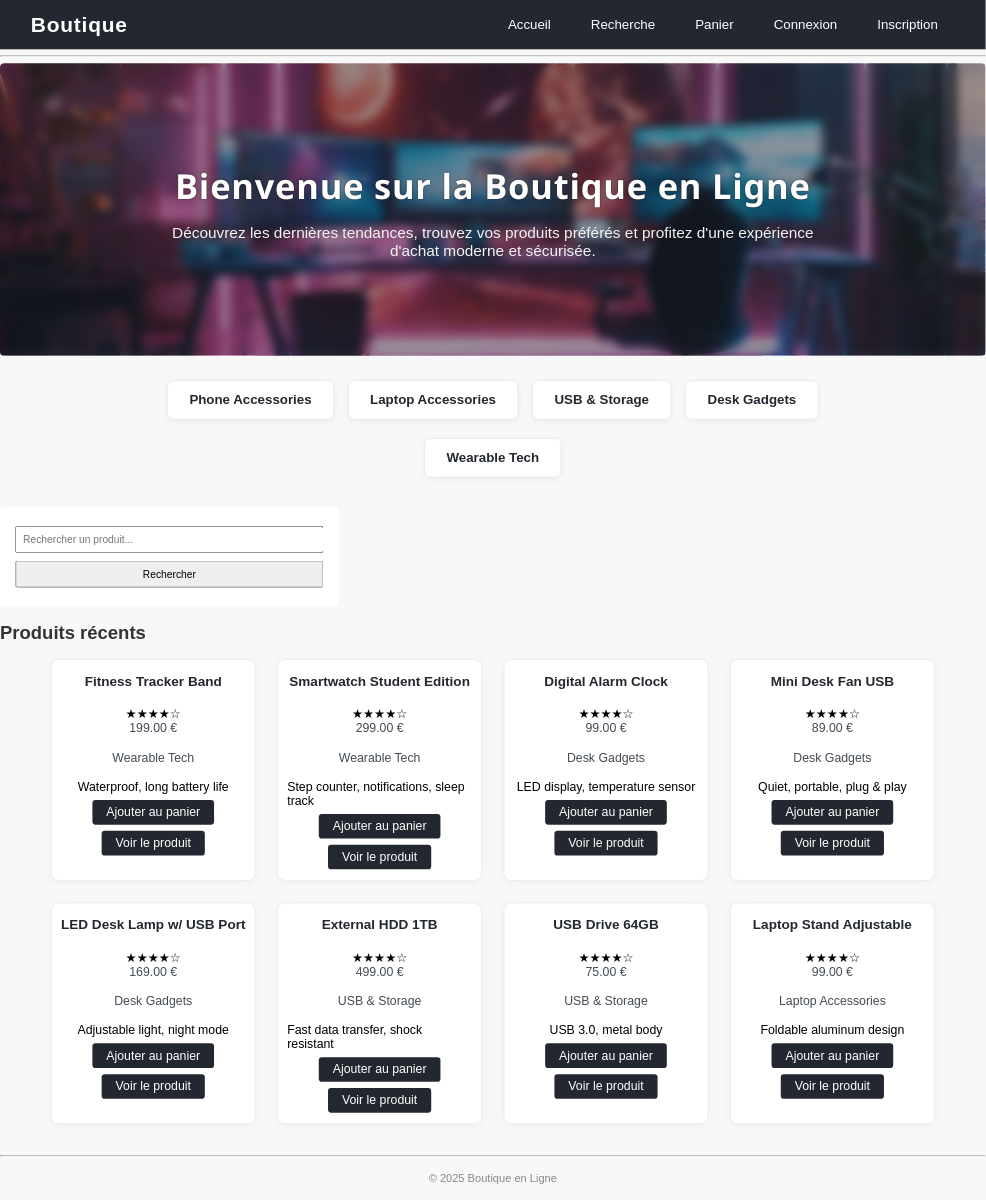
Repository: kiraj-walid/ecomerce
Page: http://localhost/
An editor plug-in stored every save of this project. The page is shown before and after the next save, followed by the edit.
The browser window is 1280 px wide. The pictures show the whole page, at 77% of full size.
The page is run by PHP 8.4 with error messages shown; the project is at /var/www/html/. The database holds what the project's SQL file puts in it. Queries for data that is not in the repository find no rows.

Above is the page before, as saved 2025-05-07 14:49:21.

### index.php
<?php
require_once 'includes/db.php';
require_once 'includes/functions.php';
include 'includes/header.php';

// Récupérer les 8 derniers produits
$products = $pdo->query('SELECT * FROM produits ORDER BY id DESC LIMIT 8')->fetchAll();

// Fetch categories for quick filters
$categories = $pdo->query("SELECT DISTINCT categorie FROM produits WHERE categorie IS NOT NULL AND categorie != ''")->fetchAll(PDO::FETCH_COLUMN);
?>

<div class="hero-section">
    <img src="assets/images/landingpage.webp" alt="Boutique en Ligne" class="hero-bg-img">
    <div class="hero-overlay"></div>
    <div class="hero-content">
        <div class="hero-text">
            <h1>Bienvenue sur la Boutique en Ligne</h1>
            <p>Découvrez les dernières tendances, trouvez vos produits préférés et profitez d'une expérience d'achat moderne et sécurisée.</p>
        </div>
    </div>
</div>

<?php if (!empty($categories)) : ?>
<div class="category-filters">
    <?php foreach ($categories as $cat) : ?>
        <a href="search.php?category=<?= urlencode($cat) ?>" class="category-card"><?= htmlspecialchars($cat) ?></a>
    <?php endforeach; ?>
</div>
<?php endif; ?>

<div class="search-bar">
    <form action="search.php" method="GET">
        <input type="text" name="q" placeholder="Rechercher un produit..." class="search-input">
        <button type="submit" class="search-btn">Rechercher</button>
    </form>
</div>

<h2 class="recent-products-title">Produits récents</h2>

<?php if (count($products) === 0) : ?>
    <p class="no-products">Aucun produit disponible.</p>
<?php else : ?>
    <div class="product-listing">
    <?php foreach ($products as $prod) : ?>
        <div class="product-card">
            <?php
            $stmt_imgs = $pdo->prepare('SELECT image FROM images_produit WHERE produit_id = ?');
            $stmt_imgs->execute([$prod['id']]);
            $images = $stmt_imgs->fetchAll(PDO::FETCH_COLUMN);
            ?>
            <div class="product-gallery">
                <?php if ($images && count($images) > 0): ?>
                    <span onclick="prevImg(<?= $prod['id'] ?>)" class="gallery-arrow gallery-arrow-left">
                        <svg width="24" height="24" viewBox="0 0 24 24"><polyline points="15 18 9 12 15 6" fill="none" stroke="#333" stroke-width="2" stroke-linecap="round" stroke-linejoin="round"/></svg>
                    </span>
                    <img src="assets/images/<?= htmlspecialchars($images[0]) ?>" alt="<?= htmlspecialchars($prod['nom']) ?>" id="main-img-<?= $prod['id'] ?>">
                    <span onclick="nextImg(<?= $prod['id'] ?>)" class="gallery-arrow gallery-arrow-right">
                        <svg width="24" height="24" viewBox="0 0 24 24"><polyline points="9 6 15 12 9 18" fill="none" stroke="#333" stroke-width="2" stroke-linecap="round" stroke-linejoin="round"/></svg>
                    </span>
                    <?php if (count($images) > 1): ?>
                        <script>
                        var imgs<?= $prod['id'] ?> = <?= json_encode($images) ?>;
                        var idx<?= $prod['id'] ?> = 0;
                        function nextImg(pid) {
                            if (window['idx'+pid] < window['imgs'+pid].length-1) window['idx'+pid]++;
                            else window['idx'+pid]=0;
                            document.getElementById('main-img-'+pid).src = 'assets/images/' + window['imgs'+pid][window['idx'+pid]];
                        }
                        function prevImg(pid) {
                            if (window['idx'+pid] > 0) window['idx'+pid]--;
                            else window['idx'+pid]=window['imgs'+pid].length-1;
                            document.getElementById('main-img-'+pid).src = 'assets/images/' + window['imgs'+pid][window['idx'+pid]];
                        }
                        window['imgs'+<?= $prod['id'] ?>] = imgs<?= $prod['id'] ?>;
                        window['idx'+<?= $prod['id'] ?>] = 0;
                        </script>
                    <?php endif; ?>
                <?php endif; ?>
            </div>
            <strong><?= htmlspecialchars($prod['nom']) ?></strong><br>
            <div class="product-rating">★★★★☆</div>
            <span><?= number_format($prod['prix'], 2) ?> €</span><br>
            <span><?= htmlspecialchars($prod['categorie']) ?></span><br>
            <div class="product-desc">
                <?= htmlspecialchars(mb_strimwidth($prod['description'], 0, 80, '...')) ?>
            </div>
            <a href="cart.php?add=<?= $prod['id'] ?>" class="add-to-cart-btn">Ajouter au panier</a>
            <a href="product.php?id=<?= $prod['id'] ?>" class="product-details-btn">Voir le produit</a>
        </div>
    <?php endforeach; ?>
    </div>
<?php endif; ?>

<?php include 'includes/footer.php'; ?>

### includes/db.php
<?php
// Connexion à la base de données
$host = 'localhost';
$db   = 'boutique';
$user = 'root';
$pass = '';
$charset = 'utf8mb4';

$dsn = "mysql:host=$host;dbname=$db;charset=$charset";
$options = [
    PDO::ATTR_ERRMODE            => PDO::ERRMODE_EXCEPTION,
    PDO::ATTR_DEFAULT_FETCH_MODE => PDO::FETCH_ASSOC,
    PDO::ATTR_EMULATE_PREPARES   => false,
];
try {
     $pdo = new PDO($dsn, $user, $pass, $options);
} catch (PDOException $e) {
     exit('Erreur de connexion à la base de données : ' . $e->getMessage());
}

### includes/functions.php
<?php
session_start();

function is_logged_in() {
    return isset($_SESSION['user_id']);
}

function is_admin() {
    return isset($_SESSION['role']) && $_SESSION['role'] === 'admin';
}

function redirect($url) {
    header('Location: ' . $url);
    exit();
}

### includes/header.php
<?php
require_once __DIR__ . '/functions.php';
?>
<!DOCTYPE html>
<html lang="fr">
<head>
    <meta charset="UTF-8">
    <title>Boutique en Ligne</title>
    <link rel="stylesheet" href="assets/css/style.css">
</head>
<body>
<nav class="navbar">
    <div class="navbar-container">
        <a href="index.php" class="navbar-logo">Boutique</a>
        <div class="navbar-links">
            <a href="index.php">Accueil</a>
            <a href="search.php">Recherche</a>
            <a href="cart.php">Panier</a>
            <?php if (is_logged_in()): ?>
                <?php if (is_admin()): ?>
                    <a href="admin/dashboard.php">Admin</a>
                <?php else: ?>
                    <a href="profile.php">Mon Profil</a>
                <?php endif; ?>
                <a href="logout.php" class="logout">Déconnexion</a>
            <?php else: ?>
                <a href="login.php">Connexion</a>
                <a href="register.php">Inscription</a>
            <?php endif; ?>
        </div>
    </div>
</nav>
<hr>

### includes/footer.php
<hr>
<footer>
    <p>&copy; <?php echo date('Y'); ?> Boutique en Ligne</p>
</footer>
</body>
</html>

### assets/css/style.css
body { font-family: Arial, sans-serif; background: #f8f8f8; margin: 0; padding: 0; }
nav { background: #333; color: #fff; padding: 10px; }
nav a { color: #fff; margin-right: 10px; text-decoration: none; }
h1, h2 { color: #333; }
form { background: #fff; padding: 20px; margin: 20px 0; border-radius: 5px; max-width: 400px; }
input, button { margin: 5px 0; padding: 8px; width: 100%; box-sizing: border-box; }
footer { text-align: center; color: #888; font-size: 0.9em; margin: 20px 0; }

/* Modern Navbar Styles */
.navbar {
    background: #23272f;
    color: #fff;
    box-shadow: 0 2px 8px rgba(0,0,0,0.04);
    padding: 0;
}
.navbar-container {
    max-width: 1200px;
    margin: 0 auto;
    display: flex;
    align-items: center;
    justify-content: space-between;
    padding: 0 24px;
    height: 64px;
}
.navbar-logo {
    font-size: 1.7em;
    font-weight: bold;
    color: #fff;
    text-decoration: none;
    letter-spacing: 1px;
}
.navbar-links {
    display: flex;
    gap: 18px;
}
.navbar-links a {
    color: #fff;
    text-decoration: none;
    font-size: 1.08em;
    padding: 8px 12px;
    border-radius: 4px;
    transition: background 0.2s;
}
.navbar-links a:hover, .navbar-links .logout:hover {
    background: #444b57;
}
.logout {
    font-weight: bold;
    color: #ffb3b3;
}
@media (max-width: 700px) {
    .navbar-container { flex-direction: column; height: auto; padding: 0 8px; }
    .navbar-links { flex-wrap: wrap; gap: 8px; justify-content: center; }
    .navbar-logo { margin-bottom: 6px; }
}

/* Redesigned Hero Section */
.hero-section {
    position: relative;
    width: 100%;
    min-height: 380px;
    display: flex;
    align-items: center;
    justify-content: center;
    padding: 0;
    margin-bottom: 32px;
    overflow: hidden;
}
.hero-bg-img {
    position: absolute;
    top: 0; left: 0; width: 100%; height: 100%;
    object-fit: cover;
    z-index: 1;
}
.hero-overlay {
    position: absolute;
    top: 0; left: 0; width: 100%; height: 100%;
    background: rgba(30, 34, 40, 0.45);
    backdrop-filter: blur(6px);
    z-index: 2;
}
.hero-content {
    position: relative;
    z-index: 3;
    width: 100%;
    max-width: 900px;
    display: flex;
    flex-direction: column;
    align-items: center;
    justify-content: center;
    text-align: center;
    padding: 60px 16px 60px 16px;
}
.hero-text h1 {
    font-size: 2.8em;
    color: #fff;
    font-family: 'Segoe UI', 'Arial', sans-serif;
    font-weight: 800;
    letter-spacing: 1px;
    margin-bottom: 18px;
    text-shadow: 0 4px 24px rgba(0,0,0,0.25), 0 1px 2px #222;
}
.hero-text p {
    font-size: 1.25em;
    color: #f3f3f3;
    margin-bottom: 28px;
    text-shadow: 0 2px 8px rgba(0,0,0,0.18);
}
.hero-btn {
    background: #fff;
    color: #23272f;
    padding: 13px 32px;
    border: none;
    border-radius: 4px;
    font-size: 1.15em;
    font-weight: bold;
    cursor: pointer;
    text-decoration: none;
    transition: background 0.2s, color 0.2s;
    box-shadow: 0 2px 8px rgba(0,0,0,0.08);
}
.hero-btn:hover {
    background: #23272f;
    color: #fff;
}
@media (max-width: 700px) {
    .hero-section { min-height: 260px; }
    .hero-content { padding: 36px 6px; }
    .hero-text h1 { font-size: 1.5em; }
    .hero-text p { font-size: 1em; }
}

/* Product Grid Modernization */
.product-listing {
    display: flex;
    flex-wrap: wrap;
    gap: 28px;
    justify-content: center;
    margin-bottom: 40px;
}
.product-card {
    border: 1px solid #e3e9f7;
    padding: 18px 12px 14px 12px;
    width: 240px;
    background: #fff;
    border-radius: 10px;
    box-shadow: 0 2px 12px rgba(0,0,0,0.04);
    display: flex;
    flex-direction: column;
    align-items: center;
    transition: box-shadow 0.2s, transform 0.2s;
}
.product-card:hover {
    box-shadow: 0 6px 24px rgba(0,0,0,0.10);
    transform: translateY(-4px) scale(1.02);
}
.product-gallery img {
    max-width: 210px;
    max-height: 130px;
    margin-bottom: 8px;
    border-radius: 6px;
    background: #f8f8f8;
}
.product-card strong {
    font-size: 1.1em;
    margin-bottom: 4px;
    color: #23272f;
}
.product-card span {
    color: #444b57;
    font-size: 1em;
    margin-bottom: 2px;
}
.product-card a {
    margin-top: 8px;
    background: #23272f;
    color: #fff;
    padding: 7px 18px;
    border-radius: 4px;
    text-decoration: none;
    font-size: 1em;
    transition: background 0.2s;
}
.product-card a:hover {
    background: #444b57;
}

/* Category Filters */
.category-filters {
    display: flex;
    flex-wrap: wrap;
    gap: 18px;
    justify-content: center;
    margin: 0 auto 32px auto;
    max-width: 900px;
}
.category-card {
    background: #fff;
    color: #23272f;
    border-radius: 8px;
    box-shadow: 0 2px 8px rgba(0,0,0,0.06);
    padding: 14px 28px;
    font-size: 1.08em;
    font-weight: 600;
    text-decoration: none;
    transition: background 0.18s, color 0.18s, box-shadow 0.18s;
    border: 1px solid #e3e9f7;
    margin-bottom: 6px;
    display: inline-block;
}
.category-card:hover {
    background: #23272f;
    color: #fff;
    box-shadow: 0 4px 16px rgba(35,39,47,0.10);
}

/* --- HERO SEARCH BAR RESET & MODERN STYLE --- */
.hero-search {
    display: flex;
    align-items: center;
    background: rgba(255,255,255,0.18);
    border-radius: 32px;
    box-shadow: 0 2px 12px rgba(0,0,0,0.10);
    padding: 0;
    width: 100%;
    max-width: 520px;
    margin: 0 auto 18px auto;
}
.hero-search input[type="text"] {
    flex: 1 1 0;
    border: none;
    border-radius: 32px 0 0 32px;
    padding: 16px 20px;
    font-size: 1.1em;
    background: rgba(255,255,255,0.95);
    color: #23272f;
    outline: none;
    box-shadow: none;
    min-width: 0;
}
.hero-search input[type="text"]::placeholder {
    color: #888;
    opacity: 1;
    font-size: 1em;
}
.hero-search input[type="text"]:focus {
    background: #fff;
}
.hero-search button.hero-btn {
    border: none;
    border-radius: 0 32px 32px 0;
    background: #23272f;
    color: #fff;
    font-weight: 600;
    font-size: 1.1em;
    padding: 16px 28px;
    cursor: pointer;
    transition: background 0.18s, color 0.18s;
    flex: 0 0 auto;
}
.hero-search button.hero-btn:hover {
    background: #444b57;
}
@media (max-width: 700px) {
    .hero-search { max-width: 98vw; }
    .hero-search input[type="text"] { font-size: 1em; padding: 12px 10px; }
    .hero-search button.hero-btn { padding: 12px 16px; font-size: 1em; }
}

.hero-section,
.hero-bg-img,
.hero-overlay {
    border-radius: 5px;
}

### sql/schema.sql (the tables this page reads)
CREATE TABLE IF NOT EXISTS produits (
    id INT AUTO_INCREMENT PRIMARY KEY,
    nom VARCHAR(100),
    description TEXT,
    prix DECIMAL(10,2),
    categorie VARCHAR(50),
    image VARCHAR(255)
);

INSERT INTO produits (nom, prix, description, categorie) VALUES
('Silicone Phone Case', 39, 'Ultra-thin, shockproof, multiple colors', 'Phone Accessories'),
('Wireless Earbuds', 129, 'Bluetooth 5.0, 4h battery life', 'Phone Accessories'),
('Magnetic Phone Holder', 49, 'For car or desk, 360° rotation', 'Phone Accessories'),
('Fast Charging Cable (Type-C)', 29, 'Braided, durable, 1.5m length', 'Phone Accessories');

INSERT INTO produits (nom, prix, description, categorie) VALUES
('Laptop Cooling Pad', 139, '5 silent fans, adjustable tilt angles', 'Laptop Accessories'),
('Wireless Mouse', 79, 'Compact, USB receiver included', 'Laptop Accessories'),
('Laptop Stand Adjustable', 99, 'Foldable aluminum design', 'Laptop Accessories');

INSERT INTO produits (nom, prix, description, categorie) VALUES
('USB Drive 64GB', 75, 'USB 3.0, metal body', 'USB & Storage'),
('External HDD 1TB', 499, 'Fast data transfer, shock resistant', 'USB & Storage');

INSERT INTO produits (nom, prix, description, categorie) VALUES
('LED Desk Lamp w/ USB Port', 169, 'Adjustable light, night mode', 'Desk Gadgets'),
('Mini Desk Fan USB', 89, 'Quiet, portable, plug & play', 'Desk Gadgets'),
('Digital Alarm Clock', 99, 'LED display, temperature sensor', 'Desk Gadgets');

INSERT INTO produits (nom, prix, description, categorie) VALUES
('Smartwatch Student Edition', 299, 'Step counter, notifications, sleep track', 'Wearable Tech'),
('Fitness Tracker Band', 199, 'Waterproof, long battery life', 'Wearable Tech');

After the next save:
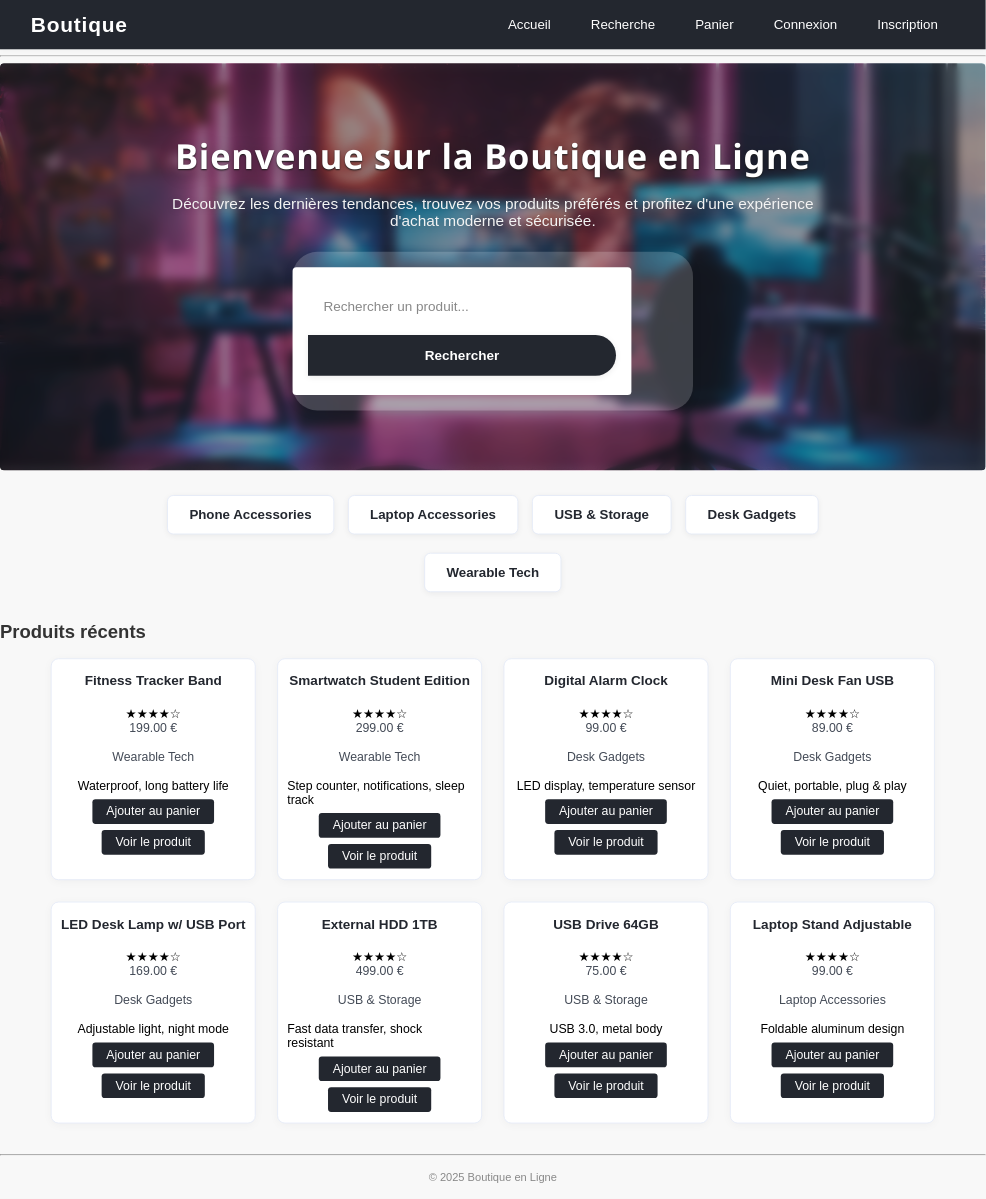
Saved 104 s later.
--- a/index.php
+++ b/index.php
@@ -18,6 +18,12 @@ $categories = $pdo->query("SELECT DISTINCT categorie FROM produits WHERE categor
             <h1>Bienvenue sur la Boutique en Ligne</h1>
             <p>Découvrez les dernières tendances, trouvez vos produits préférés et profitez d'une expérience d'achat moderne et sécurisée.</p>
         </div>
+        <div class="hero-search">
+            <form action="search.php" method="GET">
+                <input type="text" name="q" placeholder="Rechercher un produit..." class="search-input">
+                <button type="submit" class="hero-btn">Rechercher</button>
+            </form>
+        </div>
     </div>
 </div>
 
@@ -28,13 +34,6 @@ $categories = $pdo->query("SELECT DISTINCT categorie FROM produits WHERE categor
     <?php endforeach; ?>
 </div>
 <?php endif; ?>
-
-<div class="search-bar">
-    <form action="search.php" method="GET">
-        <input type="text" name="q" placeholder="Rechercher un produit..." class="search-input">
-        <button type="submit" class="search-btn">Rechercher</button>
-    </form>
-</div>
 
 <h2 class="recent-products-title">Produits récents</h2>
 
